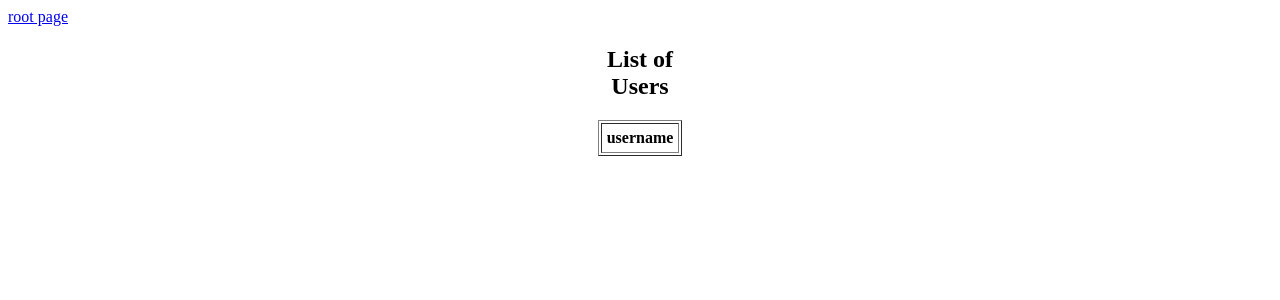
Repository: HamdanM/DatabaseProject
Page: http://localhost/DB3/Displaynum3.jsp
The author's editor kept a copy of each file at every save. The page is drawn from the files as they stood at one save, then again after the next save.
The browser window is 1280 px wide. The pictures show the whole page.
The page is served by Tomcat 9. Nobody is signed in. The application's start-up code is not run. Other server files are loaded and not shown.

Above is the page before, as saved 2019-07-27 21:57:39.

### DB3/WebContent/Displaynum3.jsp
<%@ page language="java" contentType="text/html; charset=ISO-8859-1"
    pageEncoding="ISO-8859-1"%>
  <%@ taglib prefix="c" uri="http://java.sun.com/jsp/jstl/core" %>
<!DOCTYPE html PUBLIC "-//W3C//DTD HTML 4.01 Transitional//EN" "http://www.w3.org/TR/html4/loose.dtd">
<html>
<head>
<meta charset="UTF-8">
<title>Online Store</title>
</head>
<body>

<a href="root.jsp">root page</a>


  <div align="center">
        <table border="1" cellpadding="5">
            <caption><h2>List of Users</h2></caption>
            <tr>

                <th>username</th>



            </tr>
            <c:forEach var="us" items="${usersList}">
                <tr>

                    <td><c:out value="${us.getItemid()}" /></td>



                </tr>
            </c:forEach>
        </table>
    </div>

</body>
</html>

After the next save:
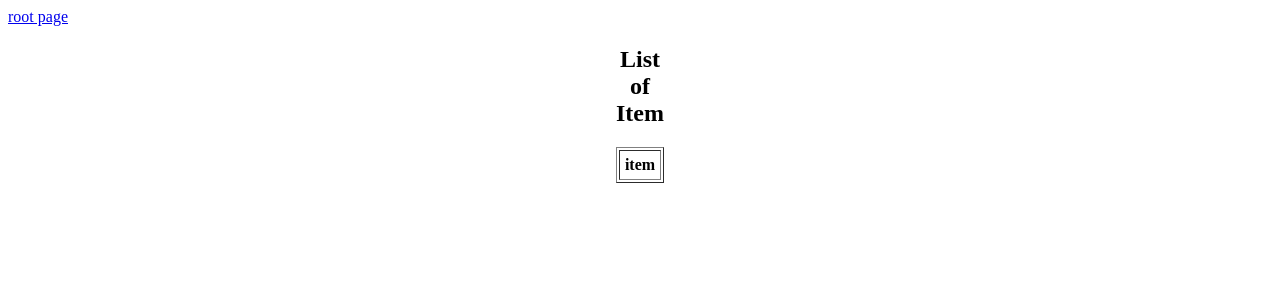
Saved 7 s later.
--- a/DB3/WebContent/Displaynum3.jsp
+++ b/DB3/WebContent/Displaynum3.jsp
@@ -14,10 +14,10 @@
 
   <div align="center">
         <table border="1" cellpadding="5">
-            <caption><h2>List of Users</h2></caption>
+            <caption><h2>List of Item</h2></caption>
             <tr>
 
-                <th>username</th>
+                <th>item</th>
 
 
 
